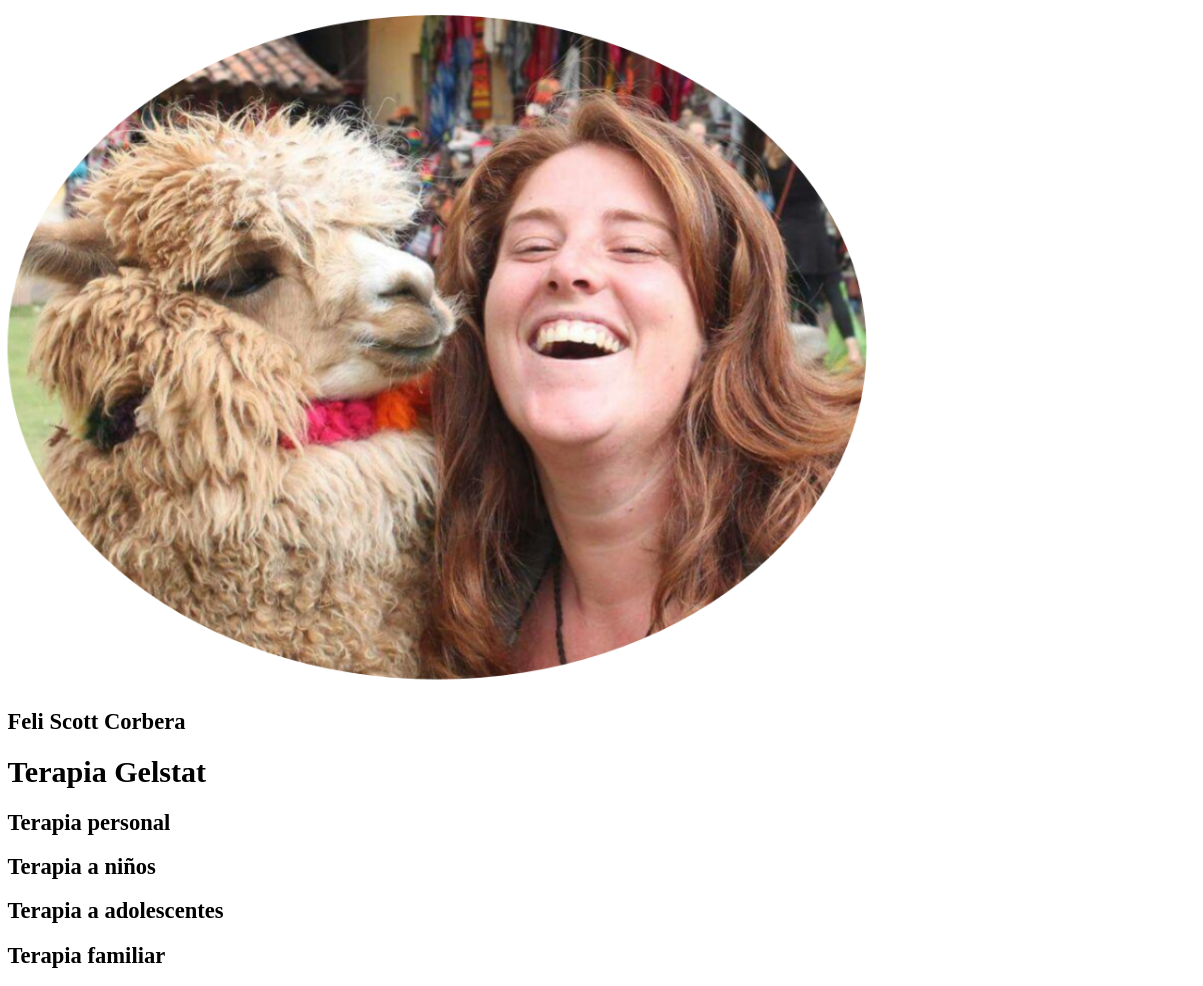
Repository: Jogalso/webPsicologa
Page: /
These files come from the project's save history. The page is drawn as it stood at one moment and after the next save; the edit follows.
The browser window is 1280 px wide. The pictures show the whole page, at 94% of full size.
The project was rebuilt for these pictures with package versions that can differ from the ones it lists, and the page was loaded fresh each time. Some packages were replaced by stand-ins written for this rebuild. The framework's server and built-in components were replaced by stand-ins that run in the browser.

Above is the page before, as saved 2021-07-12 11:31:19.

After the next save:
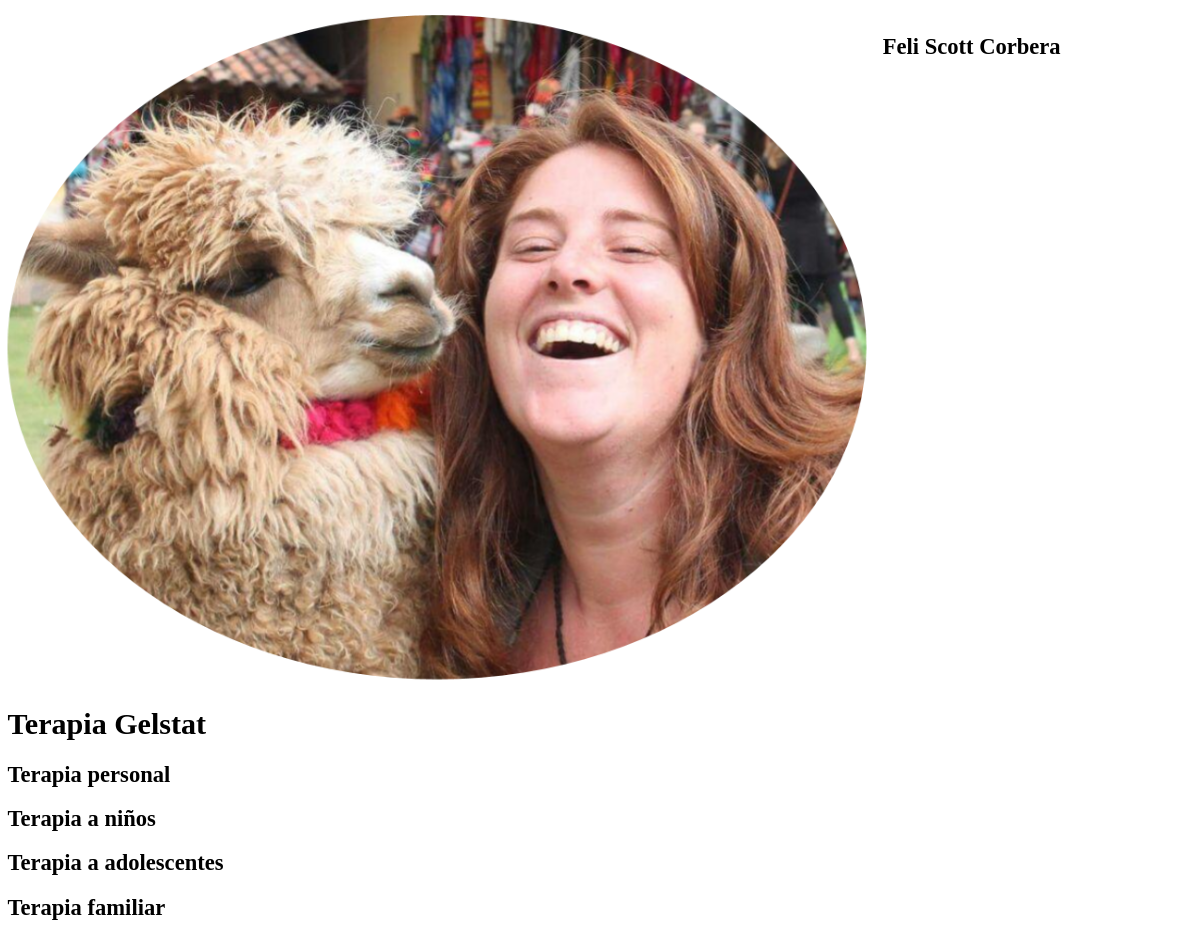
Saved 16 min 52 s later.
--- a/components/Contenido.js
+++ b/components/Contenido.js
@@ -14,6 +14,14 @@ export default function Contenido() {
             <h2>Terapia a niños</h2>
             <h2>Terapia a adolescentes</h2>
             <h2>Terapia familiar</h2></p>
+
+            <style>
+                {`
+                    .InfoTerapetua{
+                        display: flex;
+                    }
+                `}
+            </style>
         </div>
     )
 }
